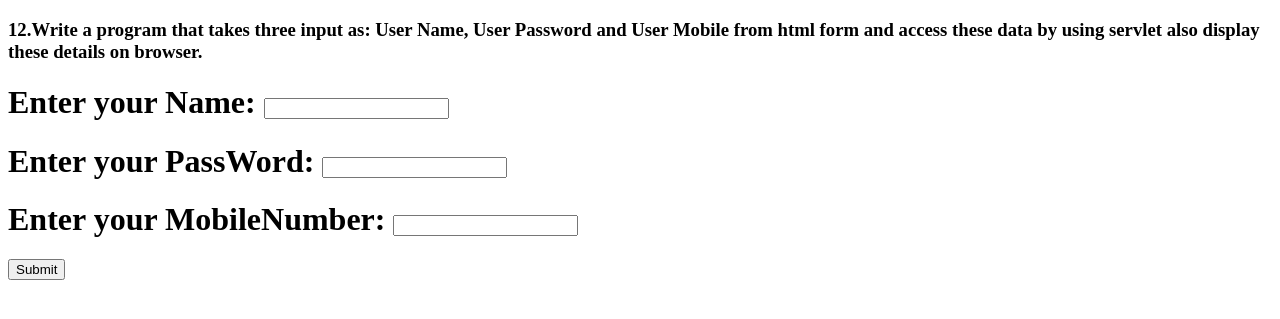
Repository: VIVEKANAND-SINHA/AdvanceJavaTraining
Page: ProjectFileAdvanceJava/src/main/webapp/Question12.html
An editor plug-in stored every save of this project. The page is shown before and after the next save, followed by the edit.
The browser window is 1280 px wide. The pictures show the whole page.

Above is the page before, as saved 2023-01-26 09:25:12.

### ProjectFileAdvanceJava/src/main/webapp/Question12.html
<!DOCTYPE html>
<html>
<head>
<meta charset="UTF-8">
<title>Insert title here</title>
</head>
<body>
<h3> 12.Write a program that takes three input as: User Name, User Password and User Mobile from html form and
access these data by using servlet also display these details on browser.</h3>
<form method = "post" action = "getdetails">

	<h1> Enter your Name: <input type = "text" name = "name"> </h1>
	<h1> Enter your PassWord: <input type = "text" name = "pass"> </h1>
	<h1> Enter your MobileNumber: <input type = "text" name = "number"> </h1>

	<button type = "submit">Submit</button>
</form>



</body>
</html>

After the next save:
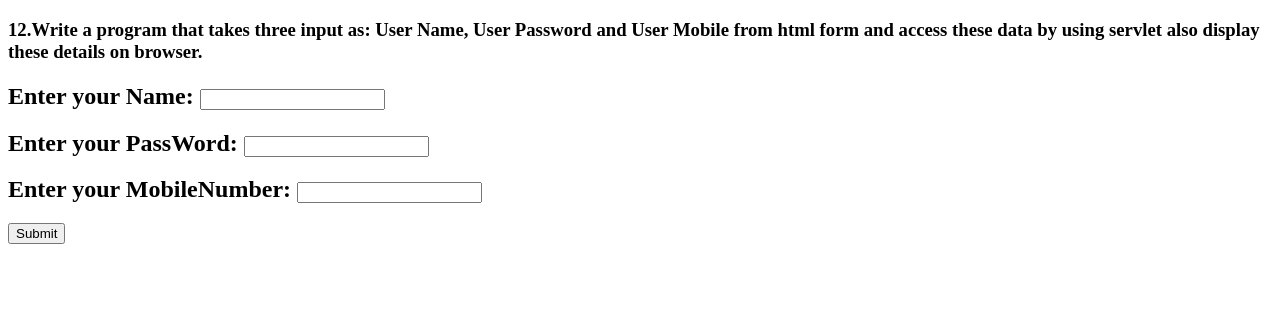
Saved 48 s later.
--- a/ProjectFileAdvanceJava/src/main/webapp/Question12.html
+++ b/ProjectFileAdvanceJava/src/main/webapp/Question12.html
@@ -9,9 +9,9 @@
 access these data by using servlet also display these details on browser.</h3>
 <form method = "post" action = "getdetails">
 
-	<h1> Enter your Name: <input type = "text" name = "name"> </h1>
-	<h1> Enter your PassWord: <input type = "text" name = "pass"> </h1>
-	<h1> Enter your MobileNumber: <input type = "text" name = "number"> </h1>
+	<h2> Enter your Name: <input type = "text" name = "name"> </h2>
+	<h2> Enter your PassWord: <input type = "text" name = "pass"> </h2>
+	<h2> Enter your MobileNumber: <input type = "text" name = "number"> </h2>
 
 	<button type = "submit">Submit</button>
 </form>
